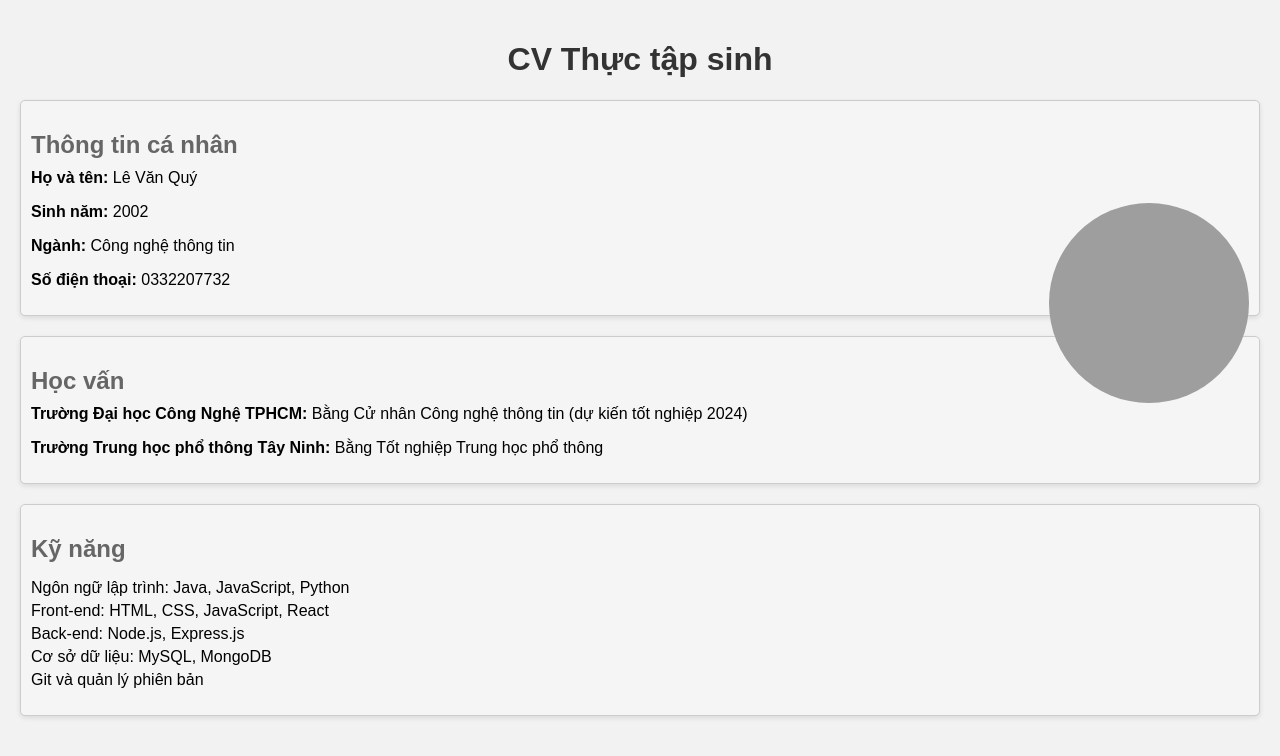
Repository: Quyed1/MonCongCu
Page: index.html
An editor plug-in stored every save of this project. The page is shown before and after the next save, followed by the edit.
The browser window is 1280 px wide. The pictures show the whole page.
Pictures or frames that could not be fetched are drawn as grey boxes.

Above is the page before, as saved 2024-03-15 10:18:28.

### index.html
<!DOCTYPE html>
<html lang="en">
<head>
  <meta charset="UTF-8">
  <meta name="viewport" content="width=device-width, initial-scale=1.0">
  <title>CV Thực tập sinh</title>
  <style>
    body {
      font-family: Arial, sans-serif;
      margin: 0;
      padding: 20px;
    }
    h1 {
      color: #333;
    }
    h2 {
      color: #666;
      margin-bottom: 10px;
    }
    p {
      margin-top: 0;
    }
    .section {
      margin-bottom: 20px;
    }
    .section-title {
      font-weight: bold;
    }
  </style>
</head>
<body>
  <h1>CV Thực tập sinh</h1>

  <div class="section">
    <h2>Thông tin cá nhân</h2>
    <p><strong>Họ và tên:</strong> Lê Văn Quý</p>
    <img src="https://studiochupanhdep.com/Upload/Images/Album/anh-cv-dep.jpg" alt="Ảnh cá nhân" class="profile-image">
    <p><strong>Sinh năm:</strong> 2002</p>
    <p><strong>Ngành:</strong> Công nghệ thông tin</p>
    <p><strong>Số điện thoại:</strong> 0332207732</p>
  </div>

  <div class="section">
    <h2>Học vấn</h2>
    <p><strong>Trường Đại học Công Nghệ TPHCM:</strong> Bằng Cử nhân Công nghệ thông tin (dự kiến tốt nghiệp 2024)</p>
    <p><strong>Trường Trung học phổ thông Tây Ninh:</strong> Bằng Tốt nghiệp Trung học phổ thông</p>
  </div>

  <div class="section">
    <h2>Kỹ năng</h2>
    <ul>
      <li>Ngôn ngữ lập trình: Java, JavaScript, Python</li>
      <li>Front-end: HTML, CSS, JavaScript, React</li>
      <li>Back-end: Node.js, Express.js</li>
      <li>Cơ sở dữ liệu: MySQL, MongoDB</li>
      <li>Git và quản lý phiên bản</li>
    </ul>
  </div>
</body>
</html>
<link rel="stylesheet" href="style.css">

### style.css
body {
    font-family: Arial, sans-serif;
    margin: 0;
    padding: 20px;
    background-color: #f2f2f2;
  }

  h1 {
    color: #333;
    text-align: center;
  }

  h2 {
    color: #666;
    margin-bottom: 10px;
  }

  p {
    margin-top: 0;
  }

  .section {
    margin-bottom: 20px;
    padding: 10px;
    background-color: #fff;
    border-radius: 5px;
    box-shadow: 0 2px 5px rgba(0, 0, 0, 0.1);
  }

  .section-title {
    font-weight: bold;
  }

  ul {
    list-style-type: none;
    padding: 0;
  }

  li {
    margin-bottom: 5px;
  }

  /* Custom colors */
  body {
    background-color: #f2f2f2;
  }

  h1 {
    color: #333;
  }

  h2 {
    color: #666;
  }

  .section {
    background-color: #fff;
    box-shadow: 0 2px 5px rgba(0, 0, 0, 0.1);
  }

  .profile-image {
    width: 200px;
    height: 200px;
    float: right;
    margin-left: 20px;
    border-radius: 100%;
  }
  .section-title {
    color: #333;
  }

  /* Add your custom styles below this line */

  /* Example: Change the color of the section title */
  .section-title {
    color: #ff0000; /* Red */
  }

  /* Example: Change the background color of the section */
  .section {
    background-color: #f5f5f5; /* Light gray */
  }

  /* Example: Change the font size of the paragraphs */
  p {
    font-size: 16px;
  }

  /* Example: Add a border to the sections */
  .section {
    border: 1px solid #ccc;
  }

After the next save:
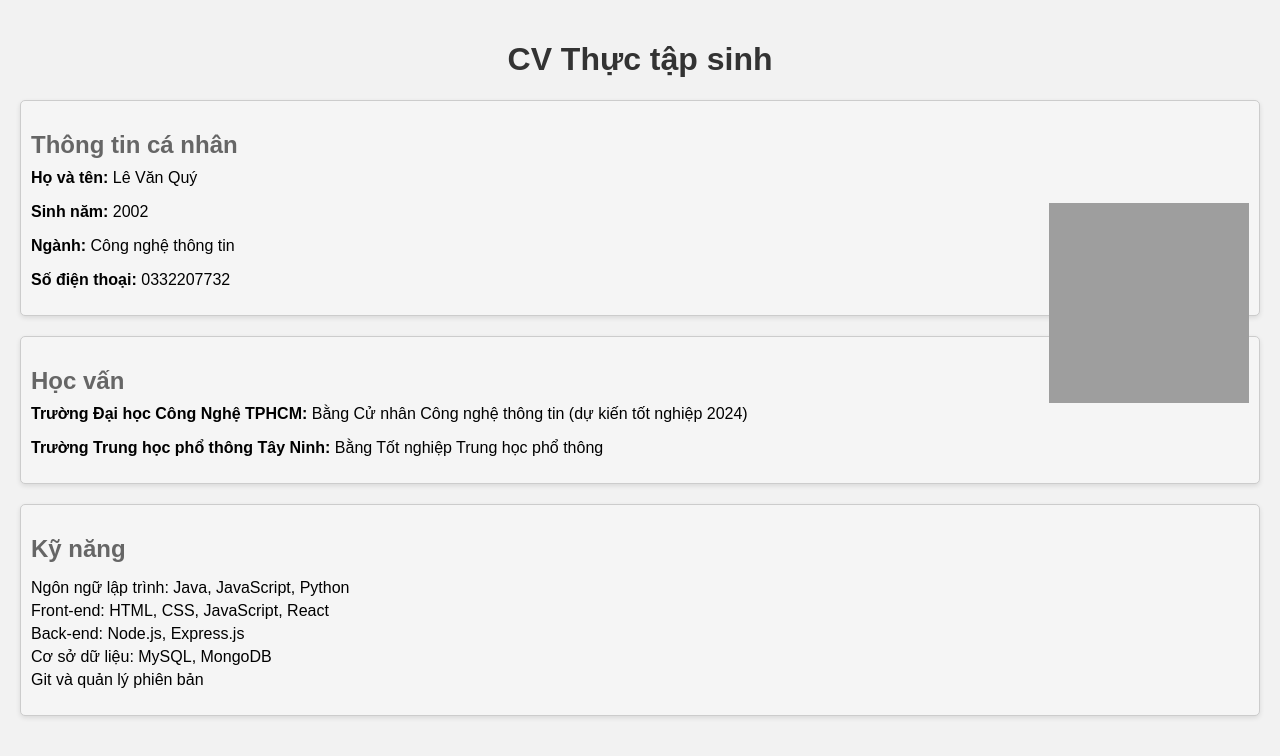
Saved 36 s later.
--- a/style.css
+++ b/style.css
@@ -63,7 +63,7 @@ body {
     height: 200px;
     float: right;
     margin-left: 20px;
-    border-radius: 100%;
+
   }
   .section-title {
     color: #333;
